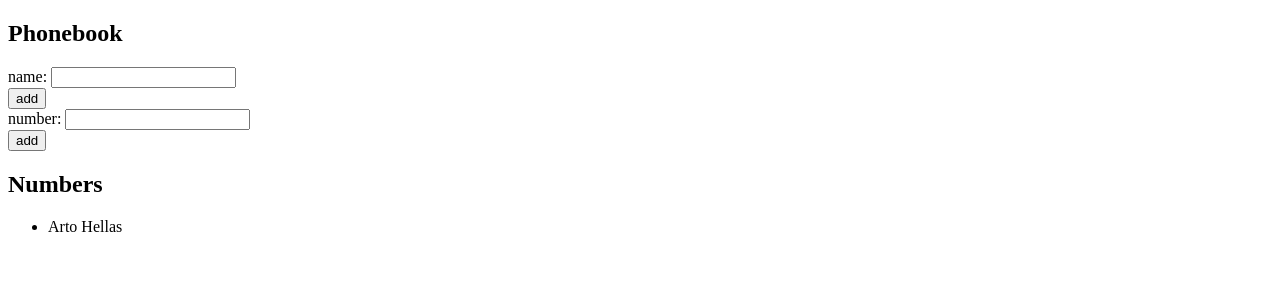
Repository: 4di61/FullStackOpen
Page: / (app in part2/phonebook/)
The author's editor kept a copy of each file at every save. The page is drawn from the files as they stood at one save, then again after the next save.
The browser window is 1280 px wide. The pictures show the whole page.
The project was rebuilt for these pictures with package versions that can differ from the ones it lists, and the page was loaded fresh each time. Also part of the build but not shown: part2/phonebook/vite.config.js.

Above is the page before, as saved 2024-09-06 11:26:46.

After the next save:
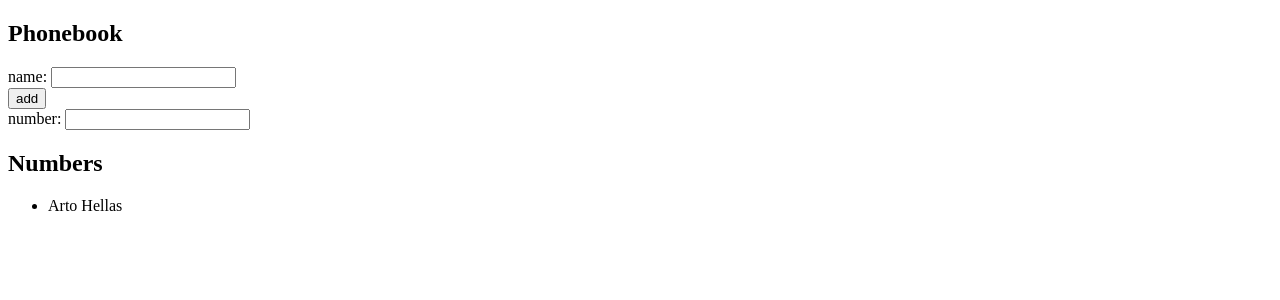
Saved 11 s later.
--- a/part2/phonebook/src/App.jsx
+++ b/part2/phonebook/src/App.jsx
@@ -34,9 +34,6 @@ const App = () => {
         <div>
           number: <input value={newName} onChange={handleInputChange}/>
         </div>
-        <div>
-          <button type="submit">add</button>
-        </div>
 
       </form>
       <h2>Numbers</h2>
